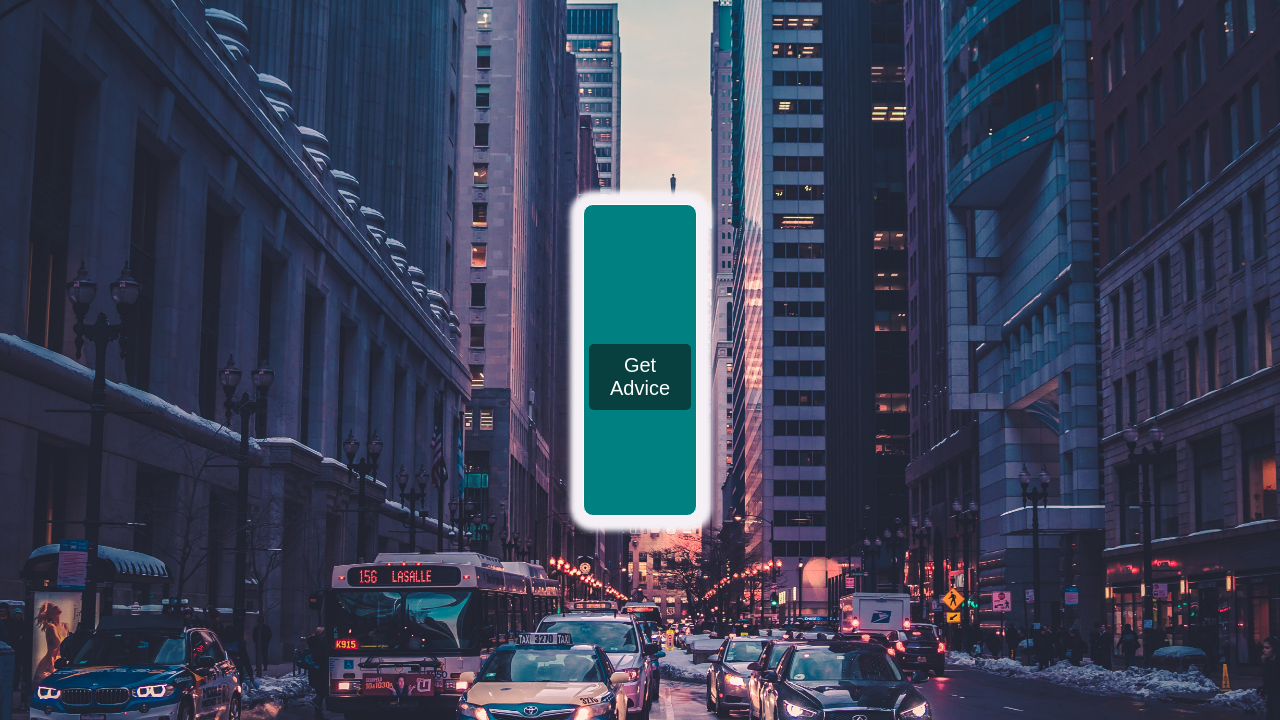
Repository: lamilekan263/random_advice
Page: /
An editor plug-in stored every save of this project. The page is shown before and after the next save, followed by the edit.
The browser window is 1280 px wide. The pictures show the whole page.
The pointer rests on the first visible `button`.
The page's requests for data from a server got no answer. The project was rebuilt for these pictures with package versions that can differ from the ones it lists, and the page was loaded fresh each time. No one was signed in, and anything a server would have sent is missing.

Above is the page before, as saved 2020-08-10 14:55:57.

### src/App.js
import React from 'react';
import './App.css';
import axios from 'axios'

class App extends React.Component{

  state = {
    advice : ''
  }
 componentDidMount(){
    this.getAdvice()
  }

  getAdvice = ()=>{
    axios.get('https://api.adviceslip.com/advice')
    .then((response) =>{
      const { advice } = response.data.slip;
      console.log(advice)
      this.setState({ advice })
    })

  }

  render(){
    return(
      <div className="app">
        <div className="card">
          <h1> {this.state.advice}</h1>

          <button onClick = {this.getAdvice}>Get Advice </button>
        </div>
      </div>
    )
  }
}


export default App

### src/App.css
body{
  margin:0;
  padding: 0;
  background-image: url('./bg.jpg');
  background-size: cover;
  background-repeat: no-repeat;
  height:100vh;
  background-position: center;
  background-color: linear-gradient(rgba(5, 4, 4, 0.3));
  display:flex;
  justify-content: center;
  text-align:center;
  align-items: center;
}

.card{
  width:80%;
  margin: 0 auto;
  background-color:teal;
  background: linear-gradient(rgba(0,0,0,0.3));
  border:1px solid white;
  padding:5px;
  border-radius: 10px;
  height:300px;
  display:flex;
  flex-direction:column;
  justify-content: center;
  text-align:center;
  align-items: center;
  -webkit-box-shadow: 1px 1px 5px 14px rgba(245,240,245,1);
  -moz-box-shadow: 1px 1px 5px 14px rgba(245,240,245,1);
  box-shadow: 1px 1px 5px 14px rgba(245,240,245,1);


}
h1{
  font-family: monospace;
  color:whitesmoke;
}


button{
  padding:10px;
  font-size:20px;
  background-color: rgb(8, 63, 63);
  cursor: pointer;
  border:none;
  color:white;
  border-radius:5px;

}
button:hover{

  background-color: rgb(8, 63, 63);


}

Loaded but not shown: public/index.html (common file); src/index.js (common file); src/index.css (common file); src/serviceWorker.js (common file); public/manifest.json (common file)

After the next save:
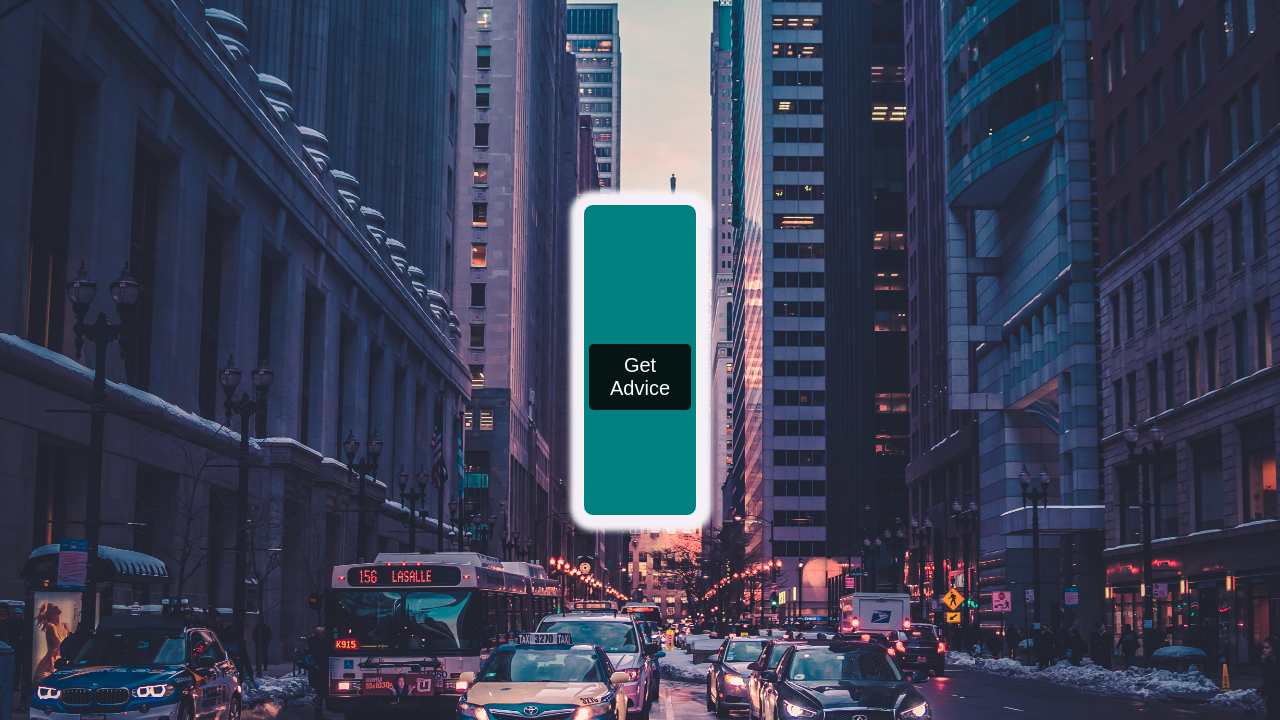
Saved 8 s later.
--- a/src/App.css
+++ b/src/App.css
@@ -51,7 +51,7 @@ button{
 }
 button:hover{
 
-  background-color: rgb(8, 63, 63);
+  background-color: rgb(6, 20, 20);
 
 
 }
